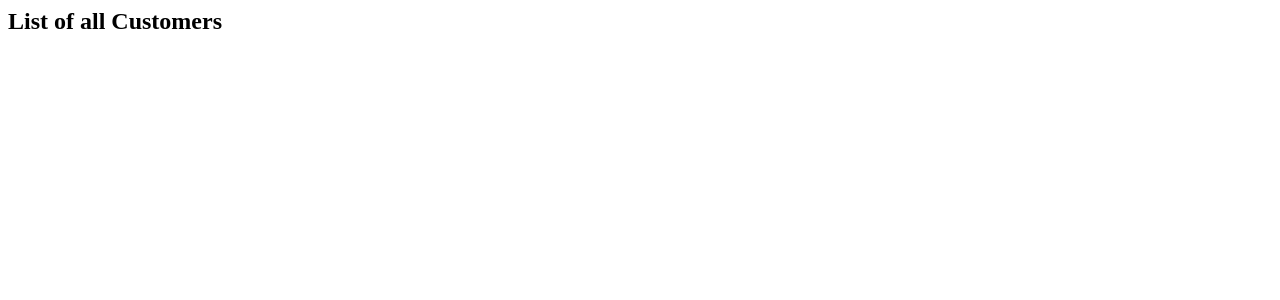
Repository: SushDhawan/Java_Session
Page: SpringBootRest/SpringBootRest/src/main/resources/static/index.html
The author's editor kept a copy of each file at every save. The page is drawn from the files as they stood at one save, then again after the next save.
The browser window is 1280 px wide. The pictures show the whole page.

Above is the page before, as saved 2022-06-02 04:22:53.

After the next save:
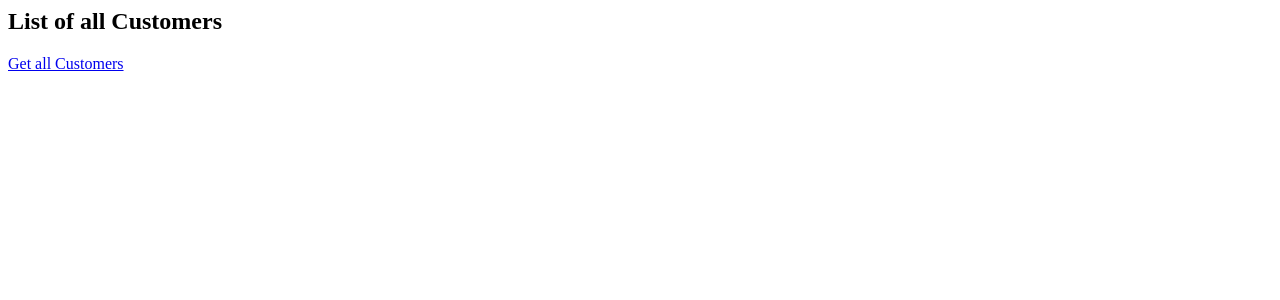
Saved 55 s later.
--- a/SpringBootRest/SpringBootRest/src/main/resources/static/index.html
+++ b/SpringBootRest/SpringBootRest/src/main/resources/static/index.html
@@ -4,9 +4,9 @@
 </head>
 
 <body>
-<h2>List of all Customers</h2>
-
-
-
+	<h2>List of all Customers</h2>
+	<p>
+		<a href="customers">Get all Customers</a>
+	</p>
 </body>
 </html>
